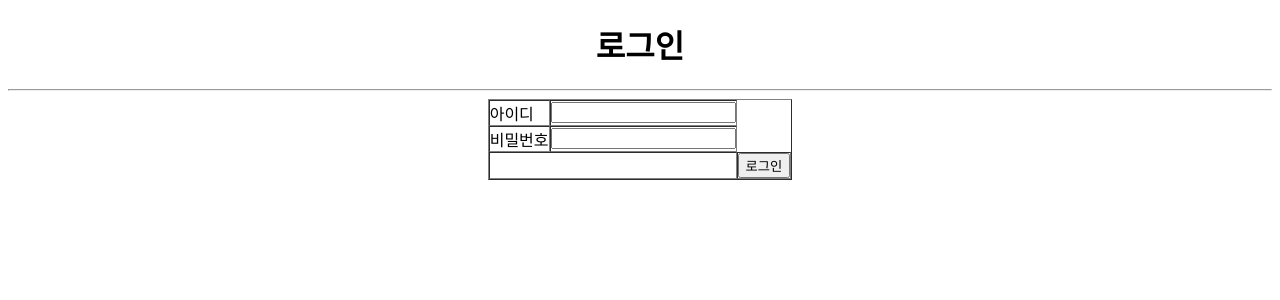
Repository: Mockingbirs/src
Page: http://localhost/ch11_SpringMVC_Board/login.jsp
An editor plug-in stored every save of this project. The page is shown before and after the next save, followed by the edit.
The browser window is 1280 px wide. The pictures show the whole page.
The page is served by Tomcat 9. Nobody is signed in. The application's start-up code is not run.

Above is the page before, as saved 2022-09-14 07:47:38.

After the next save:
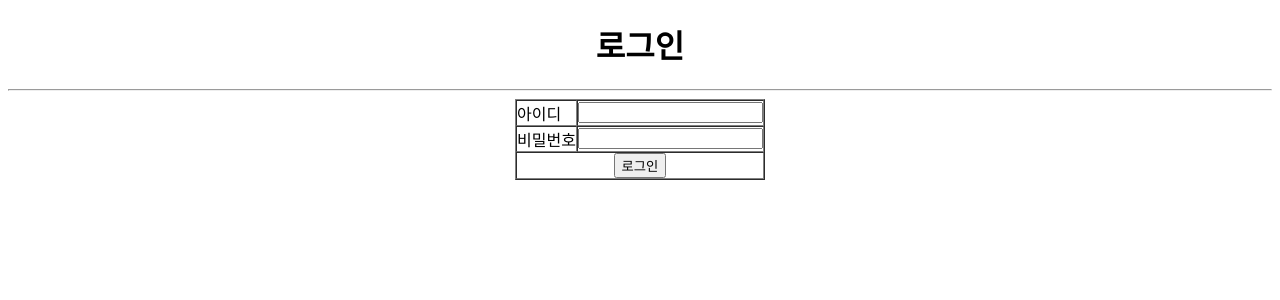
Saved 37 s later.
--- a/ch11_SpringMVC_Board/src/main/webapp/login.jsp
+++ b/ch11_SpringMVC_Board/src/main/webapp/login.jsp
@@ -23,8 +23,7 @@
 			</tr>
 
 			<tr>
-				<td colspan="2" align="center"></td>
-				<td><input type="submit" value="로그인" /></td>
+				<td colspan="2" align="center"><input type="submit" value="로그인" /></td>
 			</tr>
 
 		</table>
